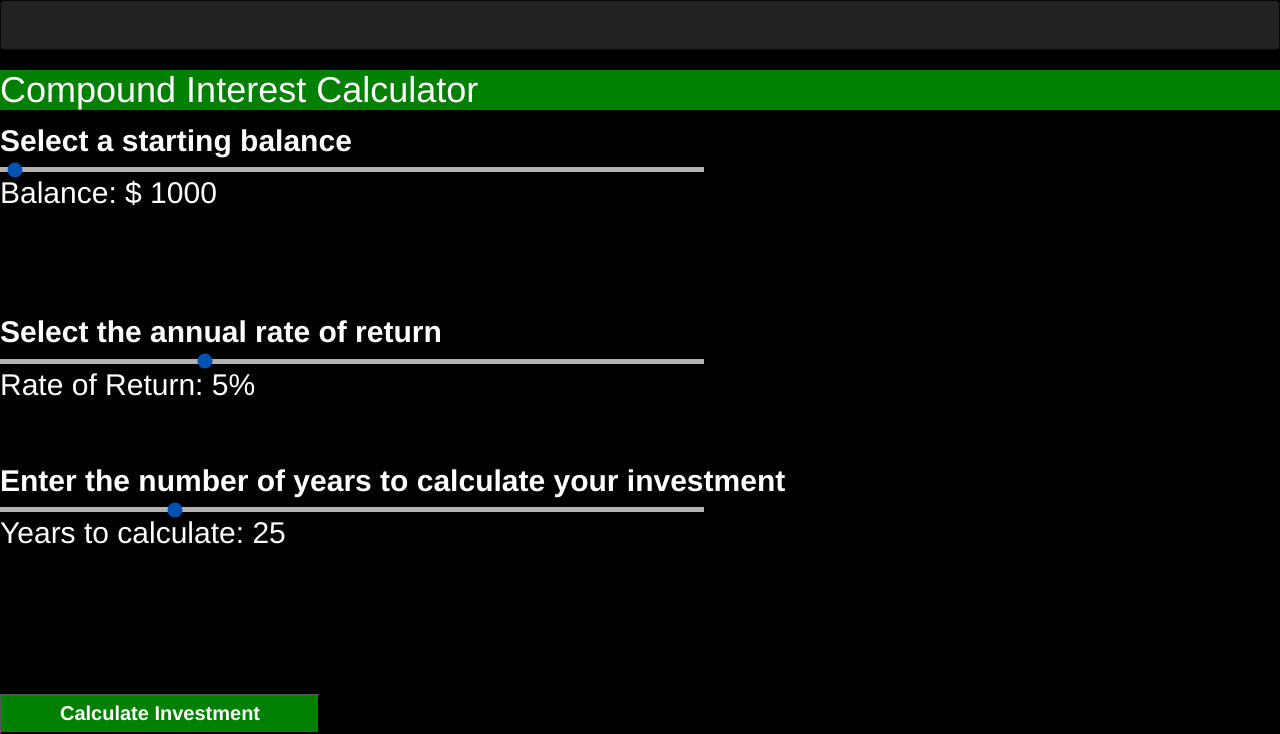
Repository: jdfost1/BudgetBuddy
Page: http://localhost/budgetbuddy/compoundInterest
An editor plug-in stored every save of this project. The page is shown before and after the next save, followed by the edit.
The browser window is 1280 px wide. The pictures show the whole page.
The page is served by Tomcat 9.

Above is the page before, as saved 2018-10-09 06:53:33.

After the next save:
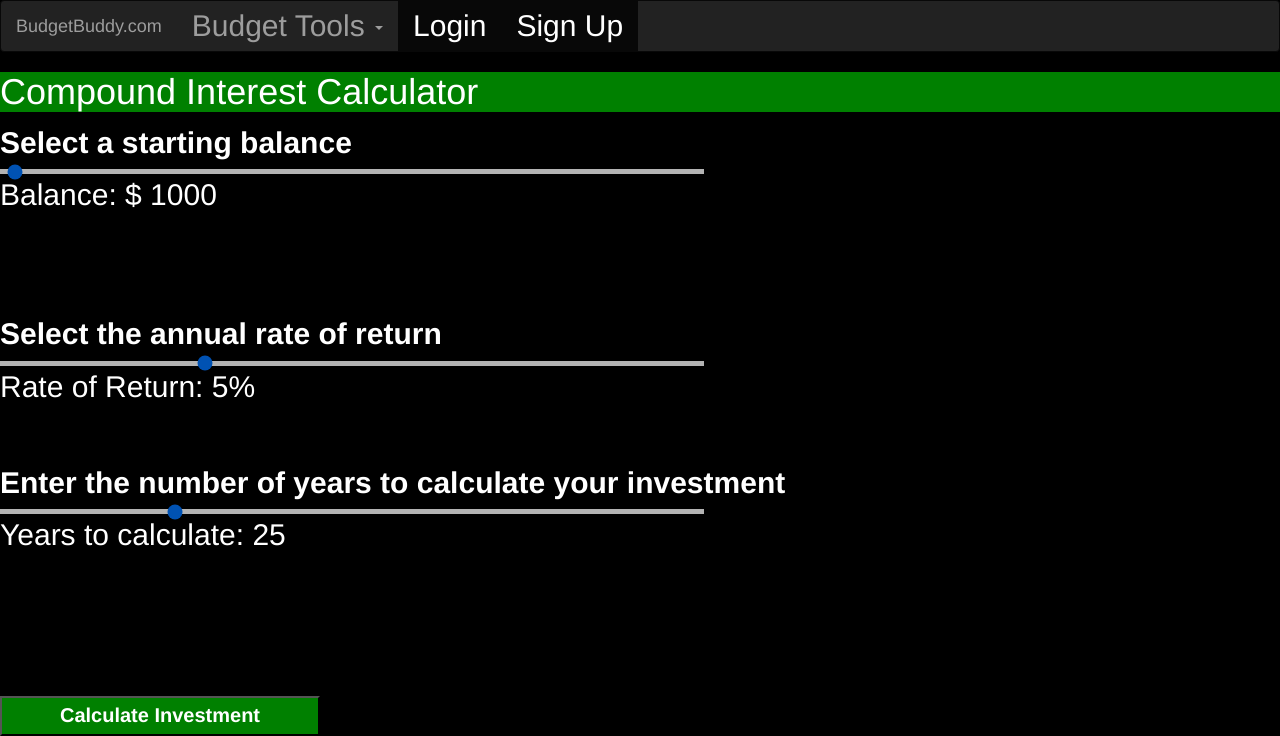
Saved 2 s later.
--- a/budgetbuddy/src/main/webapp/WEB-INF/jsp/compoundInterest.jsp
+++ b/budgetbuddy/src/main/webapp/WEB-INF/jsp/compoundInterest.jsp
@@ -68,9 +68,35 @@
     </style>
 
     <body>
-           <nav class="navbar navbar-inverse">
+         <nav class="navbar navbar-inverse">
+  <div class="container-fluid">
+    <div class="navbar-header">
+      <a class="navbar-brand" href="welcome.html">BudgetBuddy.com</a>
+    </div>
+    <ul class="nav navbar-nav">
 
-    </nav>
+
+      <li class="dropdown">
+          <a class="dropdown-toggle" data-toggle="dropdown" href="#">Budget Tools
+          <span class="caret"></span></a>
+          <ul class="dropdown-menu">
+              <li><a href="quickBudget.html">Quick Budget</a></li>
+              <li><a href="401k.html">401k Calculator</a></li>
+              <li><a href="compoundInterest.html">Compound Interest Calculator</a></li>
+              </ul></li>
+
+
+                <li class="active">
+          <a  href="login.html">Login
+         </a>
+          </li>
+               <li class="active">
+          <a  href="signUp.html">Sign Up
+         </a>
+          </li>
+    </ul>
+  </div>
+</nav>
 
 
         <h1>Compound Interest Calculator</h1>
